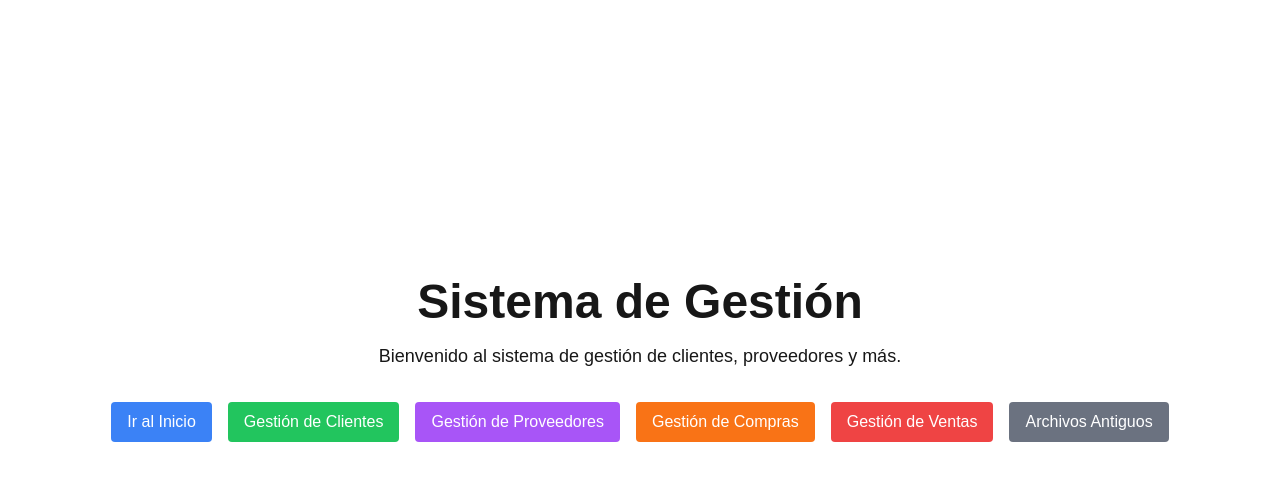
Repository: manucavallera/Sistema-Gestion
Page: /
These files come from the project's save history. The page is drawn as it stood at one moment and after the next save; the edit follows.
The browser window is 1280 px wide. The pictures show the whole page.
The project was rebuilt for these pictures with package versions that can differ from the ones it lists, and the page was loaded fresh each time. The framework's server and built-in components were replaced by stand-ins that run in the browser. Also part of the build but not shown: next.config.mjs.

Above is the page before, as saved 2024-11-07 11:42:25.

### src/app/page.tsx
// src/app/page.tsx
import Link from "next/link";

const HomePage = () => {
  return (
    <div className='flex flex-col items-center justify-center h-screen bg-background'>
      <h1 className='text-5xl font-bold'>Sistema de Gestión</h1>
      <p className='mt-4 text-lg'>
        Bienvenido al sistema de gestión de clientes, proveedores y más.
      </p>
      <div className='mt-8'>
        <Link href='/inicio'>
          <button className='px-4 py-2 text-white bg-blue-500 rounded hover:bg-blue-600'>
            Ir al Inicio
          </button>
        </Link>
        <Link href='/clientes'>
          <button className='px-4 py-2 ml-4 text-white bg-green-500 rounded hover:bg-green-600'>
            Gestión de Clientes
          </button>
        </Link>
        <Link href='/proveedores'>
          <button className='px-4 py-2 ml-4 text-white bg-purple-500 rounded hover:bg-purple-600'>
            Gestión de Proveedores
          </button>
        </Link>
        <Link href='/compras'>
          <button className='px-4 py-2 ml-4 text-white bg-orange-500 rounded hover:bg-orange-600'>
            Gestión de Compras
          </button>
        </Link>
        <Link href='/ventas'>
          <button className='px-4 py-2 ml-4 text-white bg-red-500 rounded hover:bg-red-600'>
            Gestión de Ventas
          </button>
        </Link>
        {/* Enlace a la página de archivos archivados */}
        <Link href='/archivados'>
          <button className='px-4 py-2 ml-4 text-white bg-gray-500 rounded hover:bg-gray-600'>
            Archivos Antiguos
          </button>
        </Link>
        {/* Puedes agregar más enlaces a otras secciones aquí */}
      </div>
    </div>
  );
};

export default HomePage;

Loaded but not shown: src/app/layout.tsx (common file); src/app/globals.css (common file); tailwind.config.ts (common file)

After the next save:
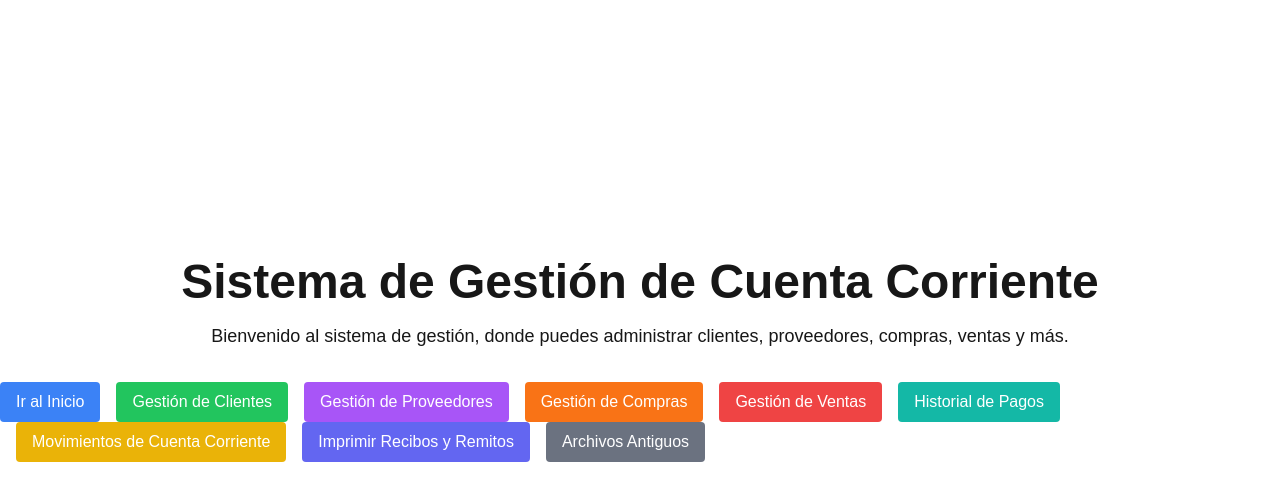
Saved 9 min 9 s later.
--- a/src/app/page.tsx
+++ b/src/app/page.tsx
@@ -4,9 +4,12 @@ import Link from "next/link";
 const HomePage = () => {
   return (
     <div className='flex flex-col items-center justify-center h-screen bg-background'>
-      <h1 className='text-5xl font-bold'>Sistema de Gestión</h1>
+      <h1 className='text-5xl font-bold'>
+        Sistema de Gestión de Cuenta Corriente
+      </h1>
       <p className='mt-4 text-lg'>
-        Bienvenido al sistema de gestión de clientes, proveedores y más.
+        Bienvenido al sistema de gestión, donde puedes administrar clientes,
+        proveedores, compras, ventas y más.
       </p>
       <div className='mt-8'>
         <Link href='/inicio'>
@@ -14,27 +17,49 @@ const HomePage = () => {
             Ir al Inicio
           </button>
         </Link>
+        {/* Enlace a la gestión de clientes */}
         <Link href='/clientes'>
           <button className='px-4 py-2 ml-4 text-white bg-green-500 rounded hover:bg-green-600'>
             Gestión de Clientes
           </button>
         </Link>
+        {/* Enlace a la gestión de proveedores */}
         <Link href='/proveedores'>
           <button className='px-4 py-2 ml-4 text-white bg-purple-500 rounded hover:bg-purple-600'>
             Gestión de Proveedores
           </button>
         </Link>
+        {/* Enlace a la gestión de compras */}
         <Link href='/compras'>
           <button className='px-4 py-2 ml-4 text-white bg-orange-500 rounded hover:bg-orange-600'>
             Gestión de Compras
           </button>
         </Link>
+        {/* Enlace a la gestión de ventas */}
         <Link href='/ventas'>
           <button className='px-4 py-2 ml-4 text-white bg-red-500 rounded hover:bg-red-600'>
             Gestión de Ventas
           </button>
         </Link>
-        {/* Enlace a la página de archivos archivados */}
+        {/* Enlace a la gestión de pagos */}
+        <Link href='/pagos'>
+          <button className='px-4 py-2 ml-4 text-white bg-teal-500 rounded hover:bg-teal-600'>
+            Historial de Pagos
+          </button>
+        </Link>
+        {/* Enlace a la gestión de movimientos de cuenta corriente */}
+        <Link href='/movimientos'>
+          <button className='px-4 py-2 ml-4 text-white bg-yellow-500 rounded hover:bg-yellow-600'>
+            Movimientos de Cuenta Corriente
+          </button>
+        </Link>
+        {/* Enlace a la impresión de recibos y remitos */}
+        <Link href='/imprimir'>
+          <button className='px-4 py-2 ml-4 text-white bg-indigo-500 rounded hover:bg-indigo-600'>
+            Imprimir Recibos y Remitos
+          </button>
+        </Link>
+        {/* Enlace a la sección de archivos archivados */}
         <Link href='/archivados'>
           <button className='px-4 py-2 ml-4 text-white bg-gray-500 rounded hover:bg-gray-600'>
             Archivos Antiguos
